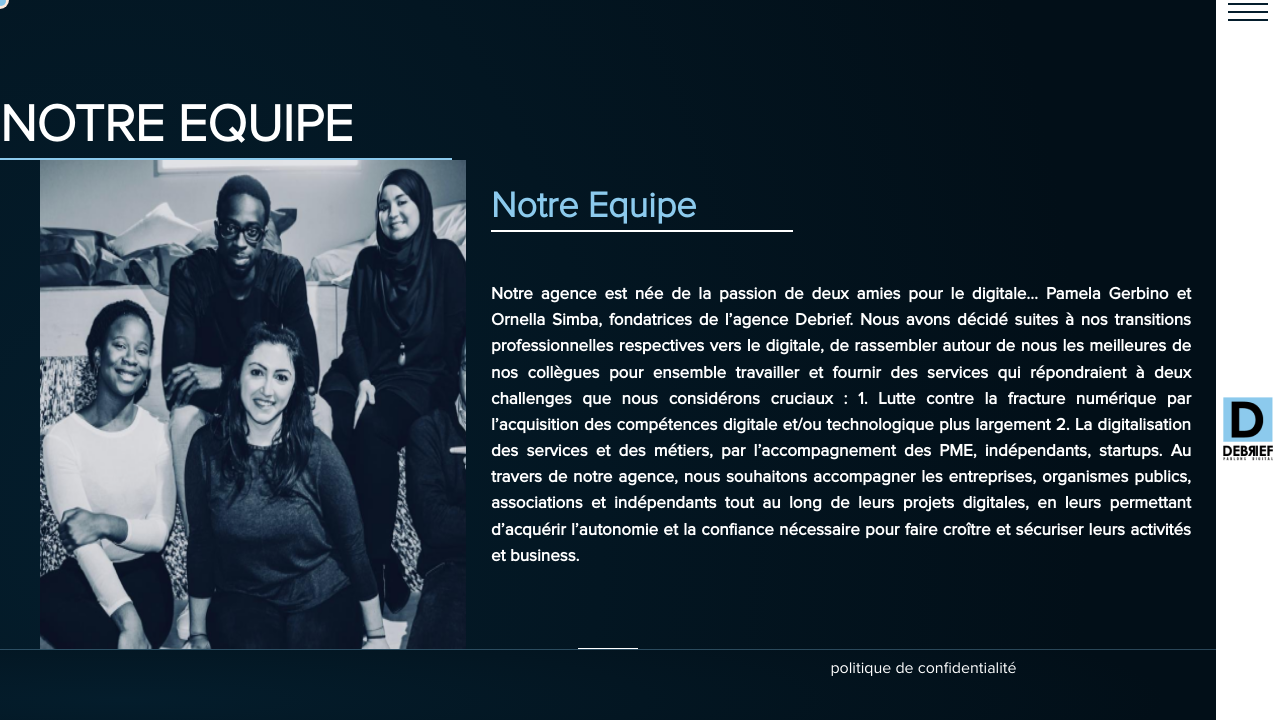
Repository: keloriane/debriefs
Page: /debriefs/a-propos
The author's editor kept a copy of each file at every save. The page is drawn from the files as they stood at one save, then again after the next save.
The browser window is 1280 px wide. The pictures show the whole page.
The project was rebuilt for these pictures with package versions that can differ from the ones it lists, and the page was loaded fresh each time. Also part of the build but not shown: src/components/Title/Title.jsx, src/components/page/Contact/Contact.jsx, src/components/Nav/Nav.jsx, src/components/page/Home/Home.jsx, src/components/page/Service/Services.jsx, src/components/page/Service/ServiceDetails.jsx, src/components/page/Webinaire/Webinaires.jsx, src/components/page/Techspace/Techspace.jsx and 7 more. Imported but missing from the stored project, and not drawn on this page: src/assets/video/video.mp4.

Above is the page before, as saved 2020-07-28 13:52:13.

### public/index.html
<!DOCTYPE html>
<html lang="en">
  <head>
    <meta charset="utf-8" />
    <link rel="icon" href="%PUBLIC_URL%/favicon.ico" />
    <meta name="viewport" content="width=device-width, initial-scale=1" />
    <meta name="theme-color" content="#000000" />
    <meta
      name="description"
      content="Web site created using create-react-app"
    />
    <link rel="apple-touch-icon" href="%PUBLIC_URL%/logo192.png" />
    <link href="https://fonts.googleapis.com/css2?family=Inter:wght@300;400;600;700&display=swap" rel="stylesheet">
    <link rel="manifest" href="%PUBLIC_URL%/manifest.json" />
    <title>React App</title>
  </head>
  <body>
    <noscript>You need to enable JavaScript to run this app.</noscript>
    <div id="root"></div>
  </body>
</html>

### src/App.scss

@import "./assets/style/module/variables.scss";
@import "./assets/style/module/breakpoints.scss";



h2, h3{
  font-family:$proxyL;
}
button{
  color: $white;
}
body,
html {
  user-select: none;
  background: $white;
  overscroll-behavior: none;
  margin: 0;
  font-family: "Proxima";
  -webkit-font-smoothing: antialiased;
  -moz-osx-font-smoothing: grayscale;
}

.container {
  width: 1560px;
  min-width: 1560px;
  margin: 0 auto;
  height: 100%;
  @include media("<=1560px") {
    width: 1280px;
    min-width: 1280px;
  }
  @include media("<=desktop") {
    width: 1080px;
    min-width: 1080px;
  }
  @include media("<=1080px") {
    width: 100%;
    min-width: 100%;
  }
  .row {
    display: flex;
    height: 95%;
    padding: 0 32px;
    @include media("<=phone") {
      padding: 0 16px;
    }
  }
  .v-center {
    align-items: center;
  }
  .space-between {
    justify-content: space-between;
  }
}
.intro-container{
  width: 100vw;
  height: 100vh;
  overflow: hidden;
  display: flex;
  align-items: center;
  justify-content: center;
  background: radial-gradient(80.27% 180.6% at 9.33% 71.2%, #0D0D0D 0%, #041D2C 100%);

}

#loader{
  width: 30vw;
}

path{
  overflow: hidden;
}

a{
  text-decoration: none;
}

.container-fluid {
  width: 95%;
  height: 100%;
  .row {
    display: flex;
    height: 95%;
  }

}
#page{
  background: radial-gradient(80.27% 180.6% at 9.33% 71.2%, #0D0D0D 0%, #020f18 100%);
  width: 100vw;
  height: 100vh;
  background-color: #fff;
  overflow: inherit;
  @include media('<=tablet'){
    height: 100%;
    width: 100%;
  }
}

*{
  padding: 0;
  margin: 0;

}

### src/components/page/Main/Main.jsx
import React,{useState} from "react";
import "./main.scss";

import "./main.scss";
import {teams} from "./team";
import { HomeB } from "../../BreadCrumbs/HomeB";

const Main = () => {

    let [index , setIndex] = useState(0)

    console.log(index);

    const [slide , setSlide] = useState({
        team : teams[index]
    })
    console.log(slide);

    const nextSlide = () => {

        setIndex(index+1)
        setSlide({
            team: teams[index]
        })
        if(index === 2 ){
            setIndex(0)
        }
    }



    return (
        <>
        <div id="main-about-page">
            <div className="logo-content-about">
                <HomeB />
            </div>
            <div className="about-media-content">
                <div className="title-content">
                    <h2>NOTRE EQUIPE</h2>
                    <div className="underline"></div>
                </div>
                <div className="team-content">

                <div className="image-container">
                    <img src={slide.team.image} alt="" />
                </div>

            <div className="about-text-content">
                <h3 className="about-title">{slide.team.title}</h3>
                <div className="underline-about"></div>
                <p className="about-text">
                   {slide.team.about}
                </p>
            </div>
            </div>

                </div>
        <button onClick={nextSlide}>
            next
        </button>
        </div>
        </>
    )
}
export default Main;

### src/components/page/Footer/Footer.jsx
import React from "react";
import "./footer.scss"

const Footer = () => {
    return (
        <div id="footer">
            <div className="logo-footer">


            </div>
            <div className="links">
            <a href="politique de fonidentialité pdf">politique de confidentialité</a>

            </div>
        </div>
    )
}
export default Footer;

### src/assets/style/module/variables.scss
$white:#ffffff;
$lBlue:#8CCAED;
$dBlue:#041D2C;
$gradient: radial-gradient(80.27% 180.6% at 9.33% 71.2%, #041d2c 0%, #020f18 100%);
$gradientInner: radial-gradient(80.27% 180.6% at 9.33% 71.2%, #041B28 0%, #03141F 100%);
$proxy: "Proxima";
$proxyB: "Proxima-bold";
$proxyL: "Proxima-light";


@font-face {
    font-family: "Proxima";
    src: url("./../../fonts/ProximaNova-Regular.otf") format("opentype"),


}

@font-face {
    font-family: "Proxima-bold";
    src: url("./../../fonts/ProximaNova-Bold.otf") format("opentype"),
}
@font-face {
    font-family: "Proxima-light";
    src: url("./../../fonts/ProximaNova-Light.otf") format("opentype"),
}

### src/components/page/Main/main.scss
//head
@import "./../../../assets/style/module/variables.scss";
@import "./../../../assets/style/module/breakpoints.scss";

.logo-content-about{
  svg{

    @include media("<=1365px"){
      display: none;
    }
  }
}


#main-about-page {
  display: flex;
  color: $white;
  justify-content: space-around;
  width: 95vw;
  height: 100vh;
  align-items: center;
  background: $gradient;
  flex-wrap: wrap;
  @include media("<=tablet"){
    height: 100%;
  }
  .about-media-content{
    display: flex;
    flex-flow: column;
    height: 490px;
    justify-content: space-around;
    .team-content{
      display: flex;

    }
    .image-container{
      margin-left: 40px;
      display: flex;
      align-items: center;
      @include media("<=tablet"){
        margin-left: 0;
      }
      img{
        width: 100%;

        min-height: 490px;
      }
    }

    h2 {
      font-size: 52px;
      line-height: 63px;
      color: #FFFFFF;
      @include media("<=tablet"){
        font-size: 4vw;
      }
    }

  }



  .about-text-content {
    max-width: 700px;
    width: 100%;
    padding:25px;
    p{
      text-align: justify;
    }

    .underline-about {
      width: 100%;
      max-width: 300px;
      border: .5px solid #FFFFFF;
    }

    .about-title {
      font-weight: 600;
      font-size: 36px;
      line-height: 45px;

      color: $lBlue;
    }

    .about-text {
      margin-top: 50px;
      font-weight: 600;
      font-size: 17px;
      line-height: 154.3%;
      /* or 25px */


      color: #FFFFFF;

    }
  }

}

### src/components/Cursor/cursor.scss
@import "./../../assets//style/module/easing.scss";
@function rem($pixel) {
    @return $pixel/16+rem;
}
$desktop: 1920px;
.c-cursor {
    height: rem(18);
    position: fixed;
    left: rem(-9);
    top: rem(-9);
    z-index: 9;
    width: rem(18);
    display: flex;
    justify-content: center;
    align-items: center;
    transition: 1s cubic-bezier(0.19, 1, 0.22, 1);
    pointer-events: none;
    backface-visibility: hidden;
    mix-blend-mode: difference;
    &:before {
        // border: 1px solid hsla(0, 0%, 83%, 1);
        background-color: #ffffff;
        border-radius: 50%;
        height: 100%;
        content: "";
        width: 100%;
        position: absolute;
        left: 0;
        top: 0;
        mix-blend-mode: difference;
        .is-hover & {
            mix-blend-mode: difference;
            transform: scale(2.5);
            transition: all 0.3s $easeOutQuad;
        }
    }
}

button {
    height: 40px;
    width: 60px;
}

#box-css {
    animation: slidein 20s infinite;
}

@keyframes slidein {
    from {
        transform: translateX(-500px);
    }
    to {
        transform: translateX(1000px);
    }
}

#inner-cursor {
    height: 10px;
    position: fixed;
    z-index: 10;
    width: 10px;
    display: flex;
    left: -0.25rem;
    top: -0.25rem;
    justify-content: center;
    align-items: center;
    background-color: #85C3E6;
    border-radius: 100%;
    pointer-events: none;
    &:before {
        background-color: #85C3E6;
        border-radius: 50%;
        height: 100%;
        width: 100%;
        position: absolute;
        left: 10;
        top: 10;
        .is-hover & {
            border: 1px solid hsla(274, 100%, 50%, 1);
            transform: scale(2.5);
        }
    }
}

### src/components/page/Service/services.scss
@import "./../../../assets//style//module/variables.scss";
@import "./../../../assets//style//module/breakpoints.scss";
#services {
  background: $gradient;
  width: 95vw;
  height: 100vh;
  display: flex;
  align-items: center;
  .logo-bread{
    margin-left: 40px;
  }
  .logo-layer{
    margin-left: 50px;
  }
  @include media('<=652px'){
    height: 100%;
  }
  @include media('<=phone'){
    height: 100%;
    width: 320px;
    margin: 0 auto;
    background:none;
  }

  .service-container {
    margin: 0 auto;
  }
  .title-service {
    max-width: 409px;
    height: 88px;
    h2 {
      font-family: "Proxima";
      font-style: normal;
      font-weight: 600;
      font-size: 52px;
      line-height: 63px;
      color: #ffffff;
      text-transform: uppercase;
    }
  }
  .services-grid {
    width: 100%;
    max-width: 800px;
    margin: 0 auto;
    display: flex;

    flex-wrap: wrap;
    justify-content: space-around;
    align-items: center;
    @include media('<=phone'){
      height: 100%;
      width: 320px;
      margin: 0 auto;
    }

    .service-item {
      width: 310px;
      height: 165px;
      display: flex;
      flex-flow: column;
      justify-content: space-around;
      margin-top: 45px;
      .number {
        align-self: flex-end;
      }
      .headline-service {
        display: flex;
        justify-content: space-between;
        h3 {
          font-style: normal;
          font-weight: bold;
          font-size: 21px;
          line-height: 26px;
          color: #ffffff;
        }
      }
      p {
        font-family: "Proxima";
        font-style: normal;
        font-weight: 500;
        font-size: 18px;
        line-height: 22px;

        color: #fcfcfc;
      }
      .underline-service {
        width: 269px;
        border: 0.5px solid white;
      }
    }
  }
}

### src/components/page/Webinaire/webinaires.scss
@import "./../../../assets/style/module/variables.scss";
@import "./../../../assets/style/module/breakpoints.scss";


#webinaire {
    width: 100vw;
    background: $gradient;

    position: relative;

    .timeline {
        height: 100%;
        width: 1px;
        margin: auto;
        top: 0;
        position: absolute;
        left: 50%;
        transform: translate( -50%);
        background-color: white;
    }

    #webinaire-page {
        width: 891px;
        margin: 0 auto;
        display: flex;
        flex-flow: column;
        position: relative;

        .webinaire-item {
            display: flex;
            position: relative;
            align-items: center;
            justify-content: space-between;
            width: 470px;
            height: 320px;


            &.reverse {
                align-self: flex-end;
                flex-flow: row-reverse;

                .timeline-dot {
                    justify-self: flex-start;

                    .webinaire-image {
                        img {
                            right: -14px;
                        }

                    }
                }
            }

            .webinaire-image {
                img {
                    max-width: 250px;
                    width: 100%;
                    position: absolute;
                    right: 100px;
                    top: 77px;


                }
            }

            .webinaire-content {
                position: relative;
                z-index: 1;

                h3 {
                    font-family: "Proxima";
                    font-style: normal;
                    font-weight: 600;
                    font-size: 29px;
                    line-height: 35px;
                    color: #FFFFFF;
                }

                .webinaire-credits {
                    font-family: "Proxima";
                    font-style: normal;
                    font-weight: 600;
                    font-size: 17px;
                    line-height: 21px;
                    color: $lBlue;
                }

                .webinaire-date {
                    font-size: 15px;
                    line-height: 16px;
                    color: #BFBFBF;
                }
            }

            .timeline-dot {
                width: 50px;
                height: 50px;
                background-color: #fff;
                border-radius: 100%;
            }
        }
    }
}

### src/components/MenuBox/menu.scss
@import "./../../assets/style/module/variables.scss";

  .menu-box {
    width: 100%;
    height: 100vh;
    overflow: hidden;
    position: fixed;
    display: grid;
    top: 0;
    left: 0;
    grid-template-columns: 20% 30% 50%;
    grid-template-rows: 60% 40%;
    grid-template-areas:
      "item3 item2 item1"
      "item4 item4 item1";
    z-index: 0;
    display:grid;
      .menu__item {
          overflow: hidden;

          &.menu__item1 {

              background: $dBlue;
              grid-area: item1;
              transform: translateY(-100%);
            }
            &.menu__item2 {
                background: $dBlue;

                transform: translateX(-170%);
                grid-area: item2;
            }
            &.menu__item3 {
                background: $white;

                transform: translateX(-100%);
                grid-area: item3;
            }
            &.menu__item4 {
                background: $lBlue;
                grid-area: item4;
                transform: translateX(-100%);

            }
            &.menu__item5 {
                background: $white;
                grid-area: item5;



            }
        }

      .menu__item-inner {
        display: flex;
        flex-direction: column;

        align-items: center;
        height: 100%;
        a {
          font-size: 2vw;
          overflow: visible;
          margin: 0.5rem 0;
          padding: 0 0.5rem;
          position: relative;
          transition: color 0.3s;
          color: $white;
          &:hover{
              color: $lBlue;
          }

        }
      }
    }




// .menu-box {
//     text-align: center;
//     width: 100%;
//     height: 100vh;
//     overflow: hidden;
//     position: fixed;
//     top: 0;
//     left: 0;
//     z-index: 200;
//     display: grid;
//     grid-template-columns: 100%;
//     grid-template-rows: repeat(3,33.33%);
//     pointer-events: none;
// }

### src/components/page/Footer/footer.scss
@import "./../../../assets/style/module/variables.scss";

#footer{
    height: 50px;
    border-top: 1px solid rgba(133, 195, 230, 0.31);
    position: fixed;
    bottom: 0;
    width: 100%;
    background: $gradient;
    padding: 10px;
    display: flex;
    justify-content: space-around;
    a{
        color: white;
    }
    img{
        width: 60px;
    }
}

### src/components/page/Blog/Blog.scss
@import "./../../../assets/style/module/variables.scss";
@import "./../../../assets/style/module/breakpoints.scss";

#blog {
  width: 100vw;
  height: 100%;
  background: $gradient;
  color: $white;
  display: flex;
  align-items: center;
  .underline{
      margin-top: 5px;
      width: 180px;
  }
  .inner-blog{
      width: 1240px;
      height: 700px;

      margin: 0 auto;
      .blog-wrapper {
        margin-top: 50px;
        width: 100%;
        height: 100%;
        display: flex;
        flex-wrap: wrap;
        justify-content: space-around;
        overflow-y: scroll;

        .blog-article {
          background: radial-gradient(
            80.27% 180.6% at 9.33% 71.2%,
            #0d0d0d 0%,
            #041d2c 100%
            );
            overflow: hidden;
          border: 0.5px solid #d7d7d7;
          box-sizing: border-box;
          border-radius: 40px 0px;
          max-width: 450px;
          width: 100%;
          height: 620px;
          margin-bottom: 40px;
          .image-article-container{
              max-height: 255px;
              overflow: hidden;
          }
          .article-headline {
            display: flex;
            height: 20px;
            align-items: center;
            justify-content: space-between;
            padding: 10px;
            .article-title {
              font-family: $proxyL;
              font-size: 24px;
              line-height: 154.3%;
              font-weight: 200;
              /* or 37px */

              color: #ffffff;

            }
            .article-time{
                font-size: 10px;
            }
        }
                .article-content {
                    padding: 24px;
                    p{
                        text-align: justify;
                        font-size: 16px;
                        line-height: 154.3%;
    /* or 25px */
                    }
                }
          img {
            width: 100%;
            filter: saturate(0%);
          }
        }
      }
  }
}

### src/components/page/Dcg/dcg.scss
@import "./../../../assets/style/module/variables.scss";
@import "./../../../assets/style/module/breakpoints.scss";

#digital-career-center {
  width: 95vw;
  height: 100vh;
  background-color: $white;
  .inner-container {
    display: flex;
    max-width: 1280px;
    width: 100%;
    height: 100%;
    justify-content: space-around;
    align-items: center;
    flex-flow: wrap;
    margin: 0 auto;
    .dcg-image-container {
      .inner-image {
        max-width: 589px;
        width: 100%;
        height: 366px;
        position: relative;
      }
      .inner-image {
          .bus{
            position: absolute;
            bottom: -61px;
            right: -20px;
          }
      }
    }
    .inner-text-content {
      .title-back-layer {
        position: absolute;
        left: 29%;
        background-color: $dBlue;
        height: 50px;
        display: flex;
        align-items: center;
        margin-bottom: 20px;
        top: 31%;
        // width: 272px;
        padding: 10px;
        overflow: hidden;
        h2 {
          text-transform: uppercase;
          color: $white;
          font-size: 45px;
        }
        @include media("<=tablet") {
          position: relative;
          display: block;
          left: 0;
          top: 0;
        }
      }
      .text-inner-content {
        width: 100%;
        max-width: 616px;
        margin-top: 50px;
        p {
          font-weight: 300;
          font-size: 16px;
          line-height: 175.9%;
          /* or 28px */

          text-align: justify;
          letter-spacing: 0.05em;
        }
      }
    }
  }
}

### src/components/Title/title.scss
@import "./../../assets/style/module/variables.scss";
@import "./../../assets/style/module/breakpoints.scss";
.title-container{
    display: flex;
    flex-flow: column;
    justify-content: space-around;

    h2{
        font-size: 52px;
        color: white;
        @include media('<=phone'){

            margin: 0 auto;
            font-size: 20px;

          }
    }
    .underline{

        width: 100%;
        max-width: 340px;
    }


}

### src/components/Nav/nav.scss
@import "./../../assets/style/module/variables.scss";
.home-nav {
    ul {
        display: flex;
        justify-content: space-around;
        align-items: center;

        li {
            list-style: none;

            a {
                font-family: "Proxima";
                font-style: normal;
                font-weight: bold;
                font-size: 18px;
                line-height: 175.9%;
                /* or 32px */
                text-align: center;
                letter-spacing: 0.05em;
                color: $white;
                text-transform: uppercase;
                text-decoration: none;
            }

            button {
                position: relative;
                width: 169px;
                height: 49px;
                border: 1px solid $white;
                box-sizing: border-box;
                background: none;
                text-transform: uppercase;
                font-weight: bold;
                    color: $white;

            }
        }
    }
}

### src/assets/style/module/easing.scss
$linear: cubic-bezier(0.250, 0.250, 0.750, 0.750);
$ease: cubic-bezier(0.250, 0.100, 0.250, 1.000);
$ease-in: cubic-bezier(0.420, 0.000, 1.000, 1.000);
$ease-out: cubic-bezier(0.000, 0.000, 0.580, 1.000);
$ease-in-out: cubic-bezier(0.420, 0.000, 0.580, 1.000);
$easeInQuad: cubic-bezier(0.550, 0.085, 0.680, 0.530);
$easeInCubic: cubic-bezier(0.550, 0.055, 0.675, 0.190);
$easeInQuart: cubic-bezier(0.895, 0.030, 0.685, 0.220);
$easeInQuint: cubic-bezier(0.755, 0.050, 0.855, 0.060);
$easeInSine: cubic-bezier(0.470, 0.000, 0.745, 0.715);
$easeInExpo: cubic-bezier(0.950, 0.050, 0.795, 0.035);
$easeInCirc: cubic-bezier(0.600, 0.040, 0.980, 0.335);
$easeInBack: cubic-bezier(0.600, -0.280, 0.735, 0.045);
$easeOutQuad: cubic-bezier(0.250, 0.460, 0.450, 0.940);
$easeOutCubic: cubic-bezier(0.215, 0.610, 0.355, 1.000);
$easeOutQuart: cubic-bezier(0.165, 0.840, 0.440, 1.000);
$easeOutQuint: cubic-bezier(0.230, 1.000, 0.320, 1.000);
$easeOutSine: cubic-bezier(0.390, 0.575, 0.565, 1.000);
$easeOutExpo: cubic-bezier(0.190, 1.000, 0.220, 1.000);
$easeOutCirc: cubic-bezier(0.075, 0.820, 0.165, 1.000);
$easeOutBack: cubic-bezier(0.175, 0.885, 0.320, 1.275);
$easeInOutQuad: cubic-bezier(0.455, 0.030, 0.515, 0.955);
$easeInOutCubic: cubic-bezier(0.645, 0.045, 0.355, 1.000);
$easeInOutQuart: cubic-bezier(0.770, 0.000, 0.175, 1.000);
$easeInOutQuint: cubic-bezier(0.860, 0.000, 0.070, 1.000);
$easeInOutSine: cubic-bezier(0.445, 0.050, 0.550, 0.950);
$easeInOutExpo: cubic-bezier(1.000, 0.000, 0.000, 1.000);
$easeInOutCirc: cubic-bezier(0.785, 0.135, 0.150, 0.860);
$easeInOutBack: cubic-bezier(0.680, -0.550, 0.265, 1.550);

Loaded but not shown: src/index.js (common file); src/index.css (common file); src/serviceWorker.js (common file); src/App.js (104 lines, source omitted); src/components/page/Main/team.js (26 lines, source omitted); src/functions/Animation.js (104 lines, source omitted); src/components/Cursor/Cursor.js (55 lines, source omitted); src/components/Loader/Loader.jsx (42 lines, source omitted); src/components/page/Home/home.scss (379 lines, source omitted); src/assets/style/module/breakpoints.scss (329 lines, source omitted); src/view/Menu/Menu.jsx (127 lines, source omitted); src/components/page/Service/ServiceDetails.scss (230 lines, source omitted); src/components/Header/Header.jsx (138 lines, source omitted); src/components/page/Contact/contact.scss (182 lines, source omitted); src/view/Menu/menu.scss (184 lines, source omitted); src/components/BreadCrumbs/HomeB.jsx (51 lines, source omitted); src/components/Header/header.scss (103 lines, source omitted); src/components/page/Techspace/techspace.scss (155 lines, source omitted)

After the next save:
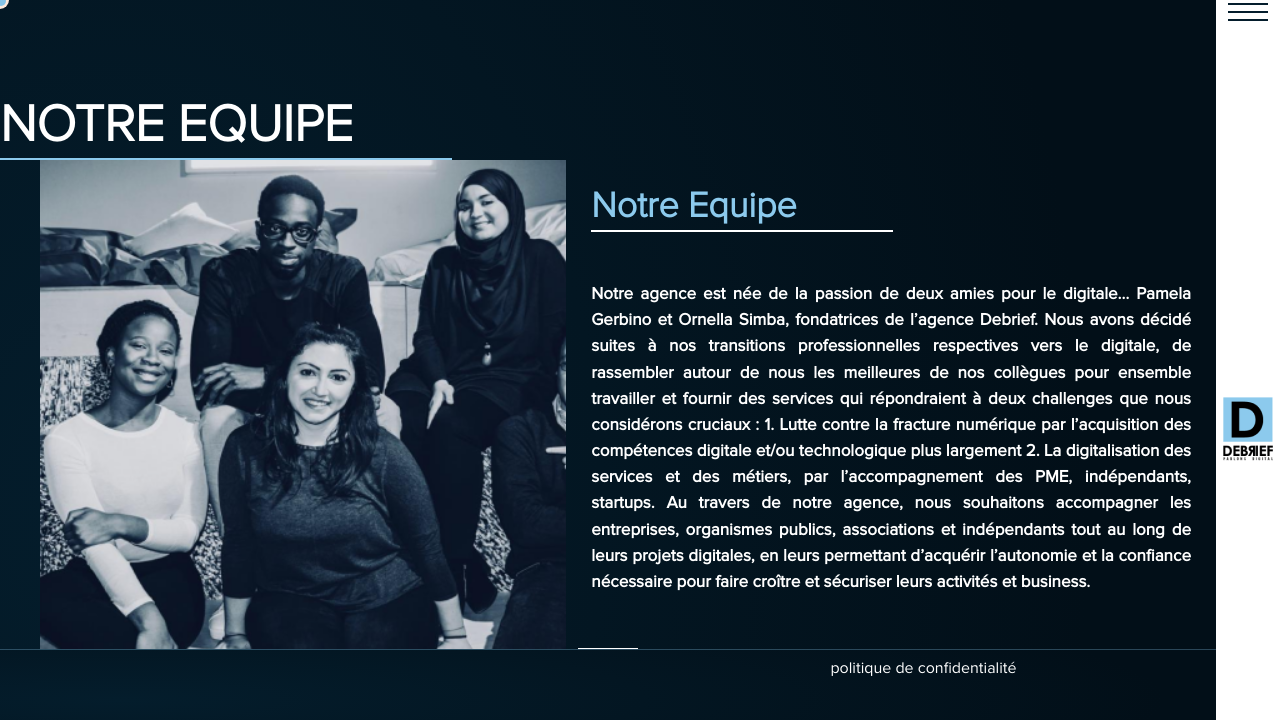
Saved 10 s later.
--- a/src/components/page/Main/main.scss
+++ b/src/components/page/Main/main.scss
@@ -41,7 +41,7 @@
         margin-left: 0;
       }
       img{
-        width: 100%;
+        height: 100%;
 
         min-height: 490px;
       }
